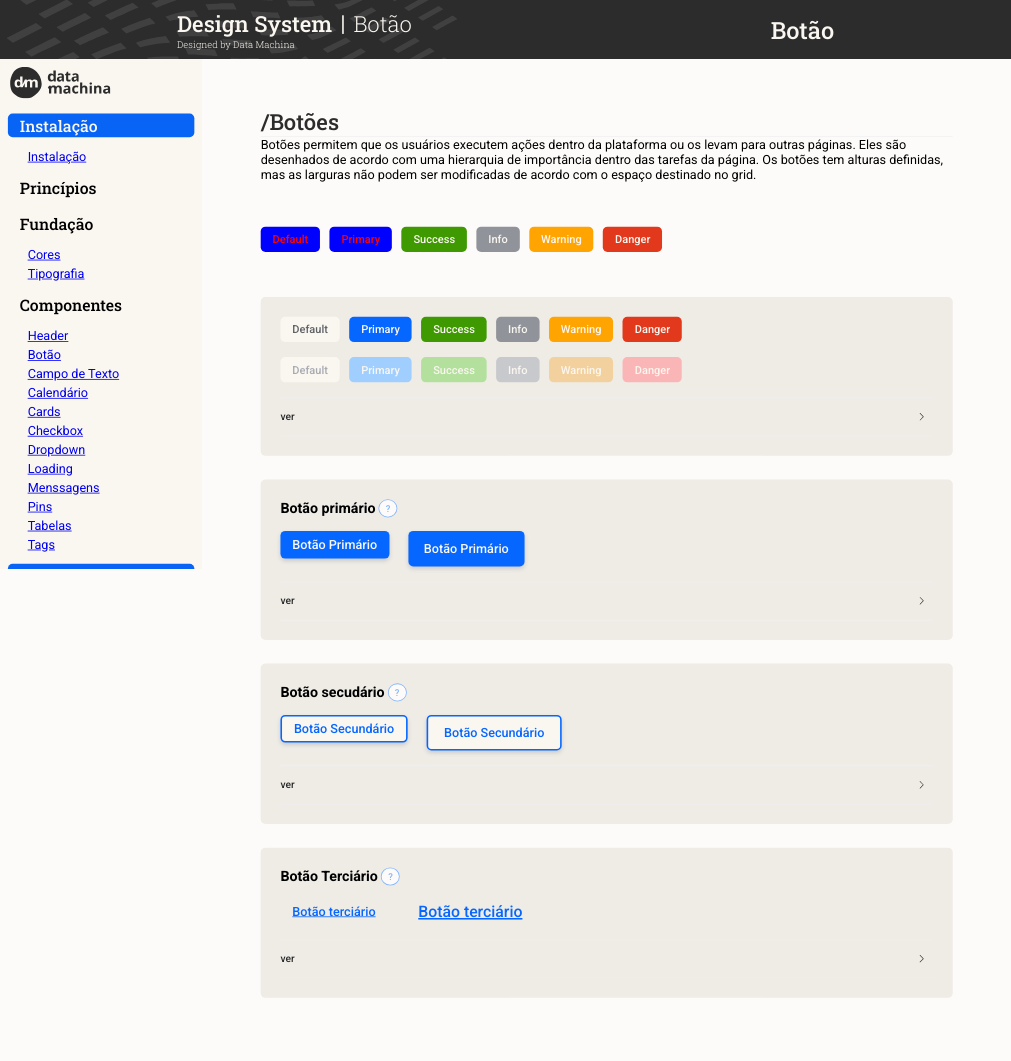
Repository: gustavoemmanoel/DM-Design-System
Page: /#/BotaoDs
These files come from the project's save history. The page is drawn as it stood at one moment and after the next save; the edit follows.
The browser window is 1280 px wide. The pictures show the whole page, at 79% of full size.
The project was rebuilt for these pictures with package versions that can differ from the ones it lists, and the page was loaded fresh each time. Also part of the build but not shown: vue.config.js, src/views/Installation/InstallationEl.vue, src/views/Fundacao/ColorsDs.vue, src/views/Fundacao/IconografiaDs.vue, src/views/Fundacao/TipografiaDs.vue, src/views/Componentes/HeaderPage.vue, src/views/Componentes/CalendarioDs.vue, src/views/Componentes/CampoTextoDs.vue and 9 more.

Above is the page before, as saved 2022-10-20 20:33:35.

### src/App.vue
<template>
  <div>
    <router-view />
  </div>
</template>

<script>
export default {
  name: "app",
};
</script>

<style>


@import 'index.css';

body {
  overflow-y: scroll;
  background: #fdfbf9;
  /* padding-top: 75px; */
}

.flex {
  display: flex;
  align-items: center;
}

</style>

<style>
.logo {
  width: 220px;
}

.el-header {
  background: green;
  position: fixed;
  width: 100%;
  padding: 0 !important;
  height: 75px !important;
  overflow: hidden;
}

.el-aside {
  margin-top: 75px;
  width: 256px;
}

footer {
  background: pink;
}

.containerInfos {
  background: var(--dm_creme_00);
  color: var(--dm_preto_00);
  border-radius: 6px;
  width: max-content;
  padding: 30px;
}

.componentsStyleContent {
  width: 100vw;
  /* background: gray; */
}

.el-main {
  margin: auto;
  margin-top: 75px;
  margin-bottom: 30px;
  max-width: 1020px;
  padding: 20px;
  padding: 60px 72px 20px 72px;
  box-sizing: border-box;
  border-radius: 6px;
}

.container-elementos {
  background: red;
  background: var(--dm_creme_01);
  width: 100%;
  border-radius: 6px;
  padding: 25px;
  margin-bottom: 30px;
}

.chaves,
.html_color_conteudo,
.html_codigos_blue,
.html_color_axx {
  display: inline;
  /* float: left;   */
}

.html_codigos_blue {
  color: #3375b9;
}
.html_color_conteudo {
  color: #2c2c2c;
}

.html_color_axx {
  color: var(--dm_roxo_C04);
}

/*  */

.html-line-height {
  line-height: 25px;
  background: rgba(151, 240, 151, 0.404);
}
</style>

### src/views/PDF.vue
<template>
  <div>
    <div class="container">
      <div class="mestre">
        <div class="pai">
          <div class="filho">
            <div class="relatorio filhoDiv" >
              <img src="/logo.jpg">
              <div class="rela"> Relatório de rotas </div></div>
            <div class="romaneio filhoDiv">Roteiro X - Detalhes de Entrega</div>
          </div>
          <div class="data">01/01/2022</div>
        </div>
        <table>
          <tr class="veiculo">
            <td v-for="(totaisdados, index) in DadosTotais" :key="index">
              <b> {{ totaisdados.name }} </b>
              <p>{{ totaisdados.dados }}</p>
            </td>
          </tr>
        </table>
      </div>
      <br />
      <table class="cont-table">
        <tr class="titulo">
          <td><b> Identificação</b></td>
          <td><b>Endereço</b></td>
          <td><b>Distância</b></td>
          <td><b>Quantidade</b></td>
          <td><b>Peso</b></td>
          <td><b>Volume</b></td>
        </tr>
        <tr class="resp" v-for="(trTop, index) in dadosBackEnd" :key="index">
          <td v-for="(dado, index) in trTop.tr" :key="index">
            {{ dado.td }}
          </td>
        </tr>
      </table>
    </div>
  </div>
</template>
<script>
export default {
  name: "PDF",
  data() {
    return {
      DadosTotais: [
        {
          name: "Veículos",
          dados: "20",
        },
        {
          name: "N° de visitas",
          dados: "20",
        },
        {
          name: "Distância Total",
          dados: "100km",
        },
        {
          name: "Temp Total",
          dados: "223450",
        },
        {
          name: "Peso Total",
          dados: "34",
        },
        {
          name: "Volume Total",
          dados: "425643",
        },
        {
          name: "Ocupação Total",
          dados: "485603",
        },
      ],

      dadosBackEnd: [
        {
          tr: [
            { td: "Mateus" },
            { td: "Guilherme" },
            { td: "Gustavo" },
            { td: "Ivo" },
            { td: "Elisa" },
            { td: "Pedro" },

          ],
        },
        {
          tr: [
            { td: "Mateus" },
            { td: "Guilherme" },
            { td: "Gustavo" },
            { td: "Ivo" },
            { td: "Elisa" },
            { td: "Pedro" },

          ],
        },
        {
          tr: [
            { td: "Mateus" },
            { td: "Guilherme" },
            { td: "Gustavo" },
            { td: "Ivo" },
            { td: "Elisa" },
            { td: "Pedro" },

          ],
        },
        {
          tr: [
            { td: "Mateus" },
            { td: "Guilherme" },
            { td: "Gustavo" },
            { td: "Ivo" },
            { td: "Elisa" },
            { td: "Pedro" },

          ],
        },
        {
          tr: [
            { td: "Mateus" },
            { td: "Guilherme" },
            { td: "Gustavo" },
            { td: "Ivo" },
            { td: "Elisa" },
            { td: "Pedro" },

          ],
        },
        {
          tr: [
            { td: "Mateus" },
            { td: "Guilherme" },
            { td: "Gustavo" },
            { td: "Ivo" },
            { td: "Elisa" },
            { td: "Pedro" },

          ],
        },
        {
          tr: [
            { td: "Mateus" },
            { td: "Guilherme" },
            { td: "Gustavo" },
            { td: "Ivo" },
            { td: "Elisa" },
            { td: "Pedro" },

          ],
        },
        {
          tr: [
            { td: "Mateus" },
            { td: "Guilherme" },
            { td: "Gustavo" },
            { td: "Ivo" },
            { td: "Elisa" },
            { td: "Pedro" },

          ],
        },
        {
          tr: [
            { td: "Mateus" },
            { td: "Guilherme" },
            { td: "Gustavo" },
            { td: "Ivo" },
            { td: "Elisa" },
            { td: "Pedro" },

          ],
        },
        {
          tr: [
            { td: "Mateus" },
            { td: "Guilherme" },
            { td: "Gustavo" },
            { td: "Ivo" },
            { td: "Elisa" },
            { td: "Pedro" },

          ],
        },
        {
          tr: [
            { td: "Mateus" },
            { td: "Guilherme" },
            { td: "Gustavo" },
            { td: "Ivo" },
            { td: "Elisa" },
            { td: "Pedro" },

          ],
        },
        {
          tr: [
            { td: "Mateus" },
            { td: "Guilherme" },
            { td: "Gustavo" },
            { td: "Ivo" },
            { td: "Elisa" },
            { td: "Pedro" },

          ],
        },

      ],
    };
  },
};
</script>

<style scoped>
@import url("https://fonts.googleapis.com/css2?family=Roboto:ital,wght@0,100;0,300;0,400;0,500;0,700;0,900;1,100;1,300;1,400;1,500;1,700;1,900&display=swap");
/* Roboto */
/* font-family: 'Roboto', sans-serif; */

@import url("https://fonts.googleapis.com/css2?family=Roboto+Slab:wght@200;300;400;500;600;700;800;900&display=swap");
/* Roboto Slab */
/* font-family: 'Roboto Slab', serif; */




.container {
  width: 1000px;
  margin: auto;
  color: #2c2c2c !important;
}

.mestre {
  border-collapse: collapse;
  margin-top: 20px;
}
.relatorio {
  display: flex;
  font-size: 35px;
  align-items: center;
}

.relatorio img{
  width: 120px;
  object-fit: contain;
  position: absolute;
  margin-left: 10px;

}

.rela{
  width: 100%;
}


.pai {
  display: flex;
  font-size: 25px;
}
.filho {
  width: 728px;
}

.romaneio{
  text-align: center;
  display: flex;
  align-items: center;
  justify-content: center;
}
.filhoDiv {
  font-family: "Roboto Slab", serif;
  font-weight: bold;
  border-width: 1px 0 0 1px;
  border-color: #cacaca;
  border-style: solid;
  height: 60px;
  text-align: center;
  display: flex;
}
.data {
  font-family: "Roboto Slab", serif;
  font-weight: bold;
  display: flex;
  align-items: center;
  justify-content: center;
  font-size: 25px;
  width: 222px;
  text-align: center;
  border-width: 1px 1px 0 1px;
  border-color: #cacaca;
  border-style: solid;
}
table {
  border-collapse: collapse;
}
h1 {
  font-size: 16px;
  color: #2c2c2c;
}
.veiculo td {
  border-width: 1px;
  border-color: #cacaca;
  border-style: solid;
  height: 56px;
  width: 159px;
  padding: 10px;
  text-align: center;

  font-size: 18px;
}
.veiculo tr {
  margin-left: 400px;
  height: 40px;
}
.titulo td {
  font-size: 18px;
}

.cont-table > tr:nth-child(2n) {
  background: #f0f0f0;
}

.cont-table td {
  width: 190px;
}
td {
  border-width: 1px;
  border-color: #cacaca;
  border-style: solid;

  padding: 10px;
  text-align: center;
}
.resp td {
  font-weight: normal;
  font-size: 18px;
}
</style>

### src/components/HeaderDs.vue
<template>
  <div>
    <el-col class="header">
      <el-col :offset="4" :span="16" class="container-ds">
        <div>
          <div class="cont-ds">
            <p class="first-title">Design System</p>
            |
            <p class="second-title">{{ headerTitle }}</p>
          </div>
          <p class="sub-title">Designed by Data Machina</p>
        </div>
        <div class="align_right">
          <p class="principal">{{ headerTitle }}</p>
        </div>
        <img class="graf" src="/grafismo.svg" />
      </el-col>
    </el-col>
  </div>
</template>
<script>
export default {
  name: "HeaderDs",
  props: {
    headerTitle: String,
  },
};
</script>

<style scoped>
.header {
  display: flex;
  align-items: center;
  top: 0;
  /* position: fixed; */
  background-color: #2c2c2c;
  color: #faf6f0;
  height: 75px;
  overflow: hidden;
  width: 100%;
  z-index: 100;
}
.container-ds {
  display: flex;
  align-items: center;
}

.align_right {
  margin-left: auto;
}

.cont-ds {
  display: flex;
  align-items: center;
  gap: 10px;
  font-size: 28px;
}

.first-title {
  font-weight: 500;
  font-family: "Roboto Slab", serif;
}

.second-title {
  font-size: 28px;
  font-weight: 300;
  font-family: "Roboto Slab", serif;
}

.sub-title {
  font-size: 12px;
  font-weight: 300;
  font-family: "Roboto Slab", serif;
}

.principal {
  font-size: 30px;
  font-weight: 500;
  font-family: "Roboto Slab", serif;
}

.graf {
  position: absolute;
  height: 475px;
  left: 0;
  opacity: 0.1;
}
</style>

### src/views/ElementsDs/AsideComponent.vue
<template>
  <div class="side-bar">
    <img class="logo-dm" src="/logo.svg" />
    <!-- Princípios -->
    <div class="component-tag tag-ativa">Instalação</div>
    <div class="options">
      <router-link to="InstallationEl">Instalação</router-link>
    </div>
    <div class="component-tag">Princípios</div>
    <!-- Fundação -->
    <div class="component-tag">Fundação</div>
    <div class="options">
      <router-link to="ColorsDs" :style="btnAtivo.cores">Cores</router-link>
      <router-link to="TipografiaDs" :style="btnAtivo.tipografia"
        >Tipografia</router-link
      >
    </div>

    <!-- Componentes -->
    <div class="component-tag">Componentes</div>
    <div class="options">
      <router-link to="HeaderPage">Header</router-link>
      <router-link to="BotaoDs">Botão</router-link>
      <router-link to="CampoTextoDs">Campo de Texto</router-link>
      <router-link to="CalendarioDs">Calendário</router-link>
      <router-link to="CardsDs">Cards</router-link>
      <router-link to="CheckboxDs">Checkbox</router-link>
      <router-link to="DropdownDs">Dropdown</router-link>
      <router-link to="LoadingDs">Loading</router-link>
      <router-link to="MenssagensDs">Menssagens</router-link>
      <router-link to="PinsDs">Pins</router-link>
      <router-link to="TabelasDs">Tabelas</router-link>
      <router-link to="TagsDs">Tags</router-link>
    </div>
    <router-link to="SobreDs" class="component-tag tag-ativa"
      >Sobre</router-link
    >
    <!--  <el-footer>
      <img src="/grafismos/graf-01-background.svg" />
      <img src="/grafismos/graf-02-background.svg" />
    </el-footer> -->
  </div>
</template>

<script>
export default {
  name: "AsideComponent",
  props: {
    btnAtivo: String,
  },
};
</script>

<style scoped>
/*  */
.side-bar {
  position: fixed;
  background: #faf6f0;
  overflow-y: auto;
  width: 256px;
  /* padding: 17px; */
  height: calc(100vh - 75px);
  padding: 10px;
  padding-bottom: 30px;
}

.Principles {
  font-family: "Roboto Slab", serif;
  font-weight: 300;
}

.principles-1 {
  font-family: "Roboto Slab", serif;
  font-size: 30px;
  font-weight: 500;
}

.DS {
  font-size: 28px;
  font-family: "Roboto Slab", serif;
}

.logo-dm {
  height: 40px;
  width: 132px;
}

.component-tag {
  font-size: 20px;
  font-weight: 500;
  font-family: "Roboto Slab", serif;
  display: flex;
  align-items: center;
  padding-left: 15px;
  height: 30px;
  border-radius: 6px;
  margin: 15px 0;
}

.tag-ativa {
  background: #0764f4;
  color: #faf6f0;
}

.btn-aside {
  display: flex;
  flex-direction: column;
  align-items: flex-start;
  gap: 5px;
  padding: 10px 0;
}

.btn-aside button {
  background: none;
  border: none;
  font-size: 18px;
  font-weight: 400;
  margin-left: 25px;
  transition: 0.3s;
  cursor: pointer;
}

.btn-aside button:hover {
  color: #0764f4;
  transition: 0.3s;
}

.options {
  display: flex;
  flex-direction: column;
  gap: 5px;
  margin: 10px 0 10px 25px;
}

.options p {
  font-size: 18px;
  font-weight: 400;
  cursor: pointer;
  transition: 0.2s;
}

.options p:hover {
  transition: 0.2s;
  color: var(--dm_cinza_02);
}

footer {
  position: absolute;
  bottom: 0;
  left: 0;
  width: 100%;
  background: #2c2c2c;
  padding: 0;
}
</style>

Loaded but not shown: public/index.html (common file); src/index.css (library); src/router/index.js (133 lines, source omitted); src/main.js (14 lines, source omitted); src/views/Componentes/BotaoDs.vue (300 lines, source omitted); src/views/Componentes/TagsDs.vue (215 lines, source omitted)

After the next save:
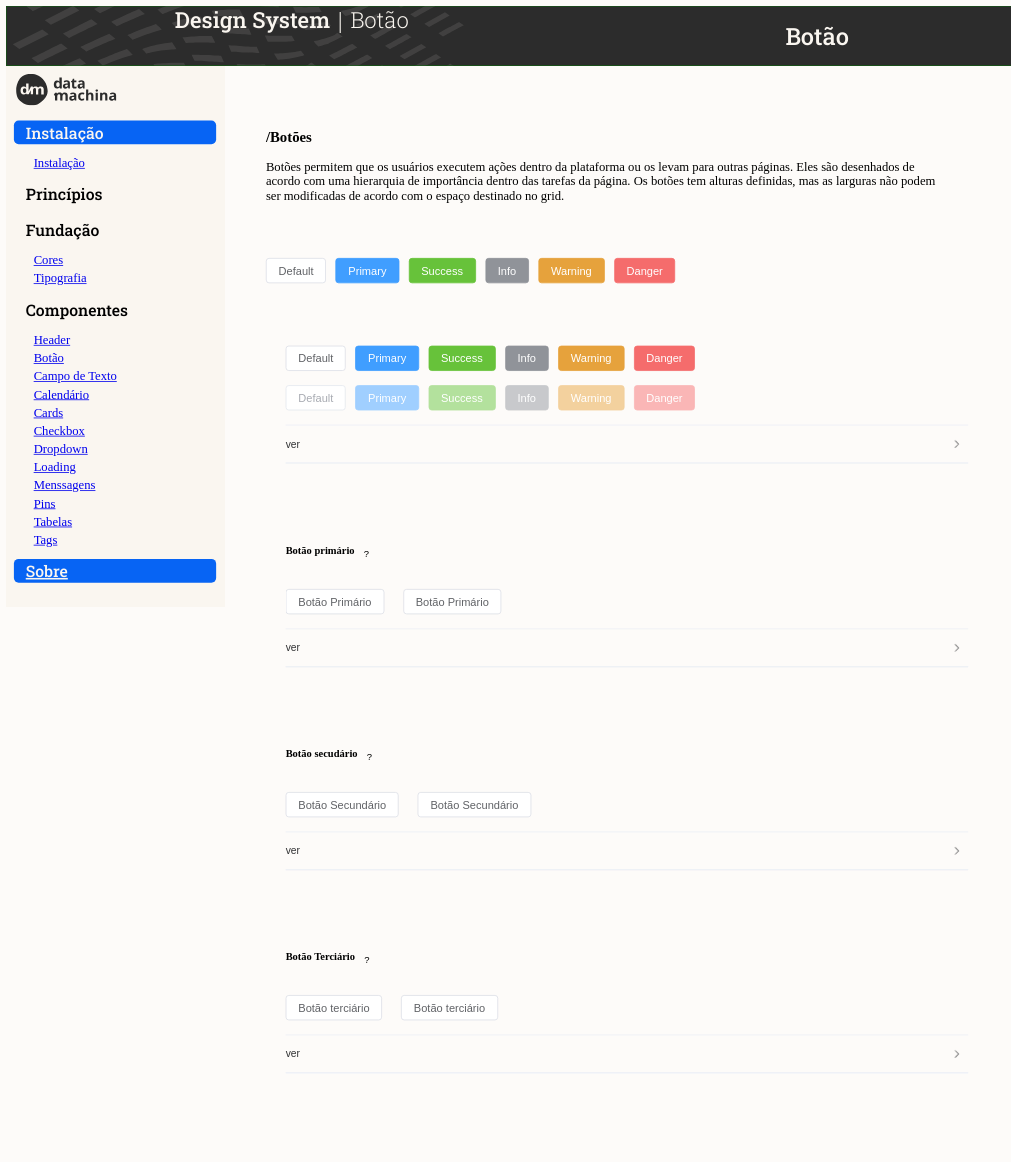
Saved 3 days later.
--- a/src/App.vue
+++ b/src/App.vue
@@ -13,7 +13,7 @@
 <style>
 
 
-@import 'index.css';
+/* @import 'index.css'; */
 
 body {
   overflow-y: scroll;

After the save that followed:
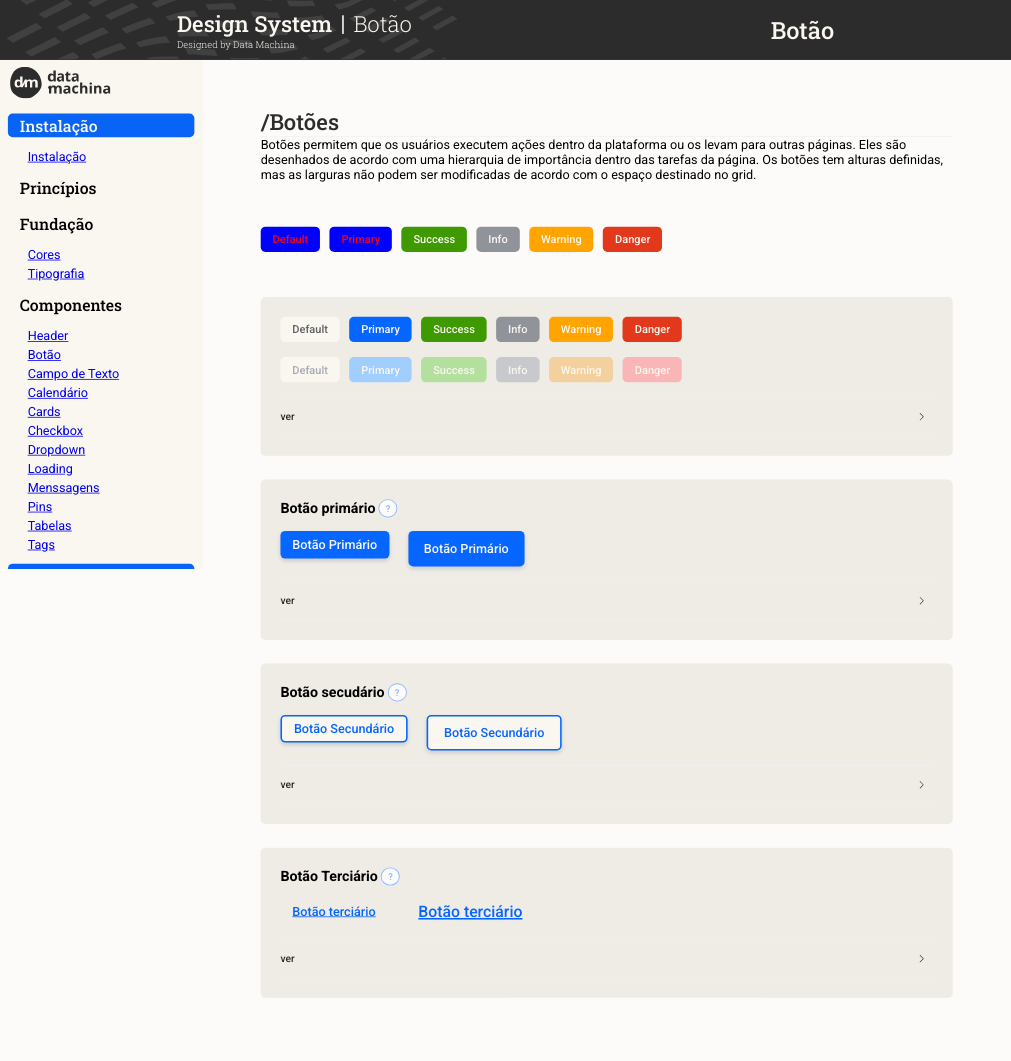
Saved 9 s later.
--- a/src/App.vue
+++ b/src/App.vue
@@ -13,7 +13,7 @@
 <style>
 
 
-/* @import 'index.css'; */
+@import 'index.css';
 
 body {
   overflow-y: scroll;
